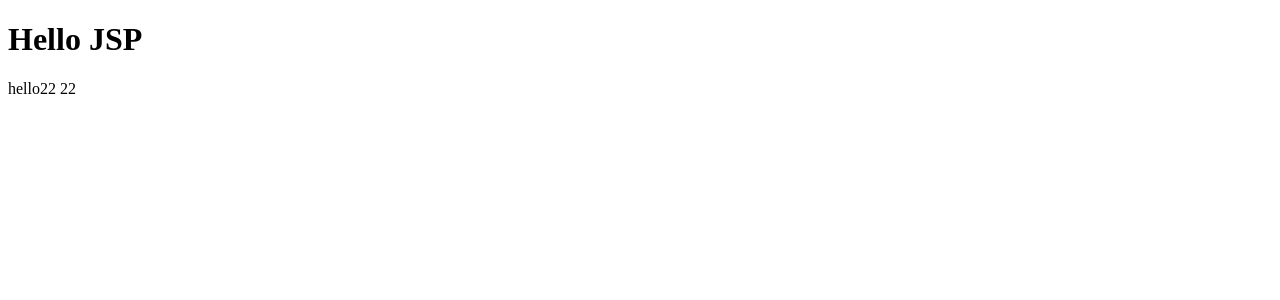
Repository: marcoscheuerer/Java_Enterprise
Page: http://localhost/S01L05_Hello_JSP/HelloJSP.jsp
An editor plug-in stored every save of this project. The page is shown before and after the next save, followed by the edit.
The browser window is 1280 px wide. The pictures show the whole page.
The page is served by Tomcat 9.

Above is the page before, as saved 2023-04-10 09:55:31.

### S01L05_Hello_JSP/src/main/webapp/HelloJSP.jsp
<%@ page language="java" contentType="text/html; charset=UTF-8"
    pageEncoding="UTF-8"%>
<!DOCTYPE html>
<html>
<head>
<meta charset="UTF-8">
<title>Hello JSP</title>
</head>
<body>
<h1>Hello JSP</h1>
<%! public int x = 22; %>
<%= "hello" + x %>
<%= new Integer(22) %>

</body>
</html>

After the next save:
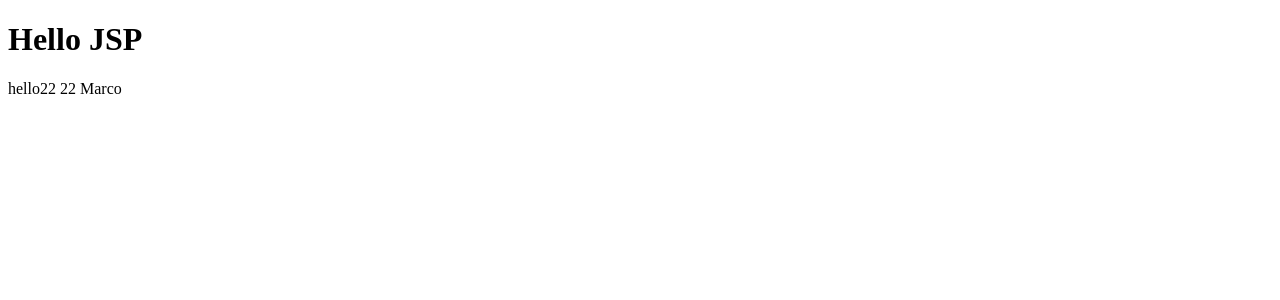
Saved 47 s later.
--- a/S01L05_Hello_JSP/src/main/webapp/HelloJSP.jsp
+++ b/S01L05_Hello_JSP/src/main/webapp/HelloJSP.jsp
@@ -11,6 +11,7 @@
 <%! public int x = 22; %>
 <%= "hello" + x %>
 <%= new Integer(22) %>
+<%= new String("Marco") %>
 
 </body>
 </html>
